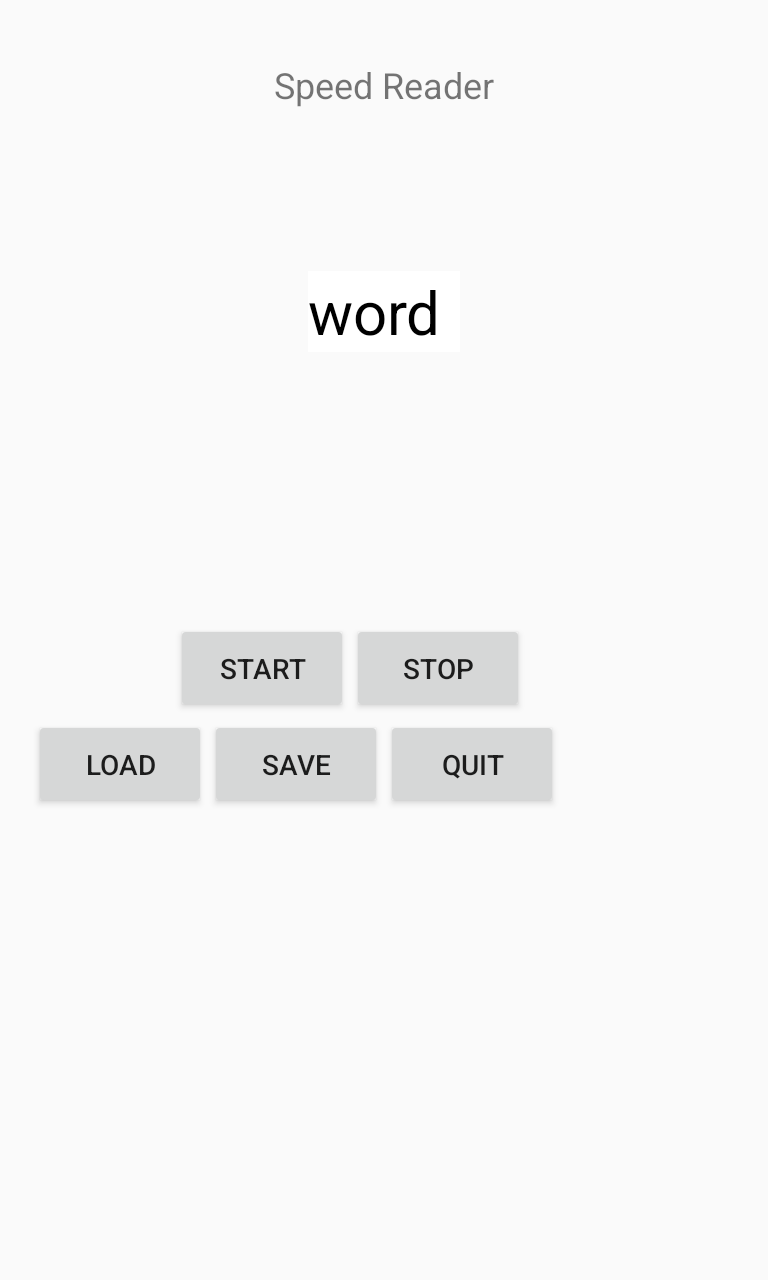
Repository: hdemby/workspace
Layout: Reader/res/layout/activity_main.xml
An editor plug-in stored every save of this project. The layout is shown before and after the next save, followed by the edit.
It is drawn on a 768 x 1280 px phone screen (xhdpi) without system bars, with theme AppTheme; the app's code is not run.

Above is the layout before, as saved 2014-12-04 04:27:23.

After the next save:
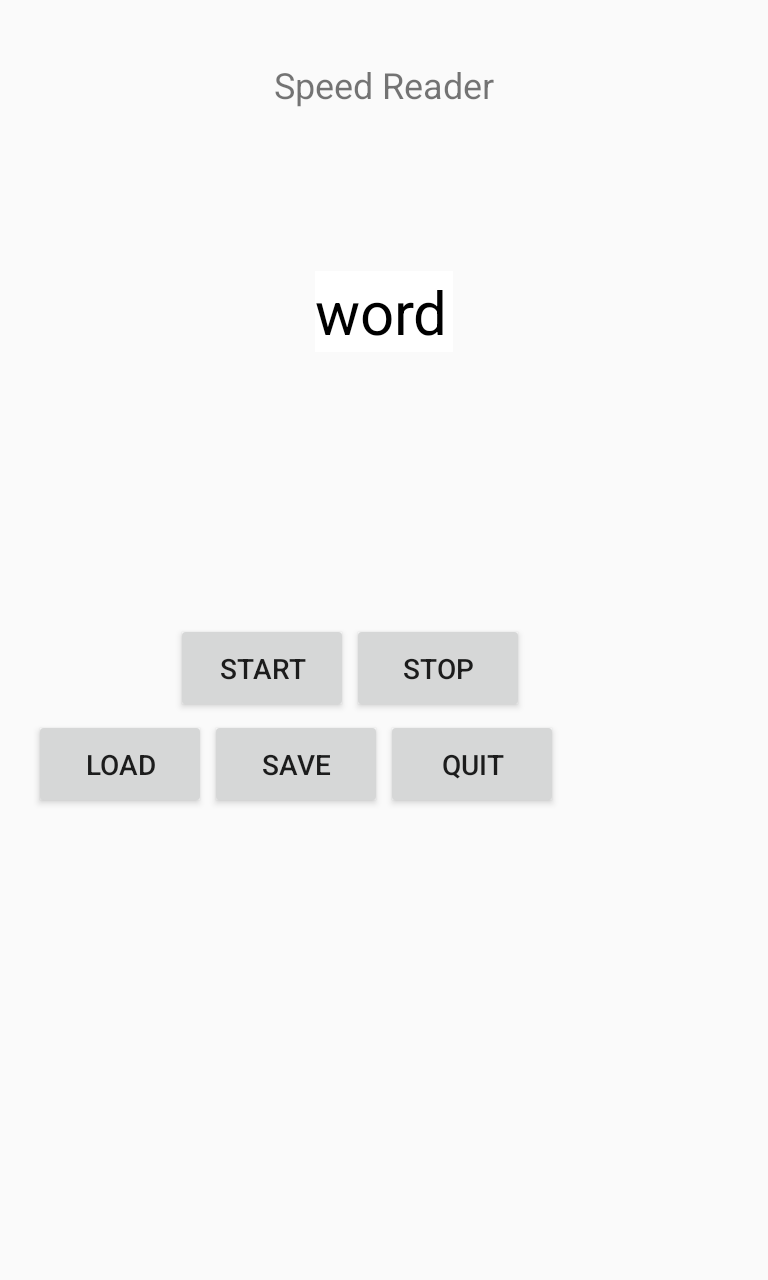
Saved 4 min 56 s later.
--- a/Reader/res/layout/activity_main.xml
+++ b/Reader/res/layout/activity_main.xml
@@ -37,8 +37,8 @@
 
         <EditText
             android:id="@+id/editText1"
-            android:layout_width="76dp"
-            android:layout_height="wrap_content"
+            android:layout_width="69dp"
+            android:layout_height="match_parent"
             android:layout_gravity="center_horizontal"
             android:layout_marginTop="63dp"
             android:background="#ffffffff"
@@ -49,7 +49,8 @@
             android:inputType="text"
             android:text="@string/display_text"
             android:textColor="#ff000000"
-            android:textSize="30sp" />
+            android:textSize="30sp"
+            android:width="@dimen/abc_text_size_body_2_material" />
 
         <LinearLayout
             android:id="@+id/linearLayout2"
